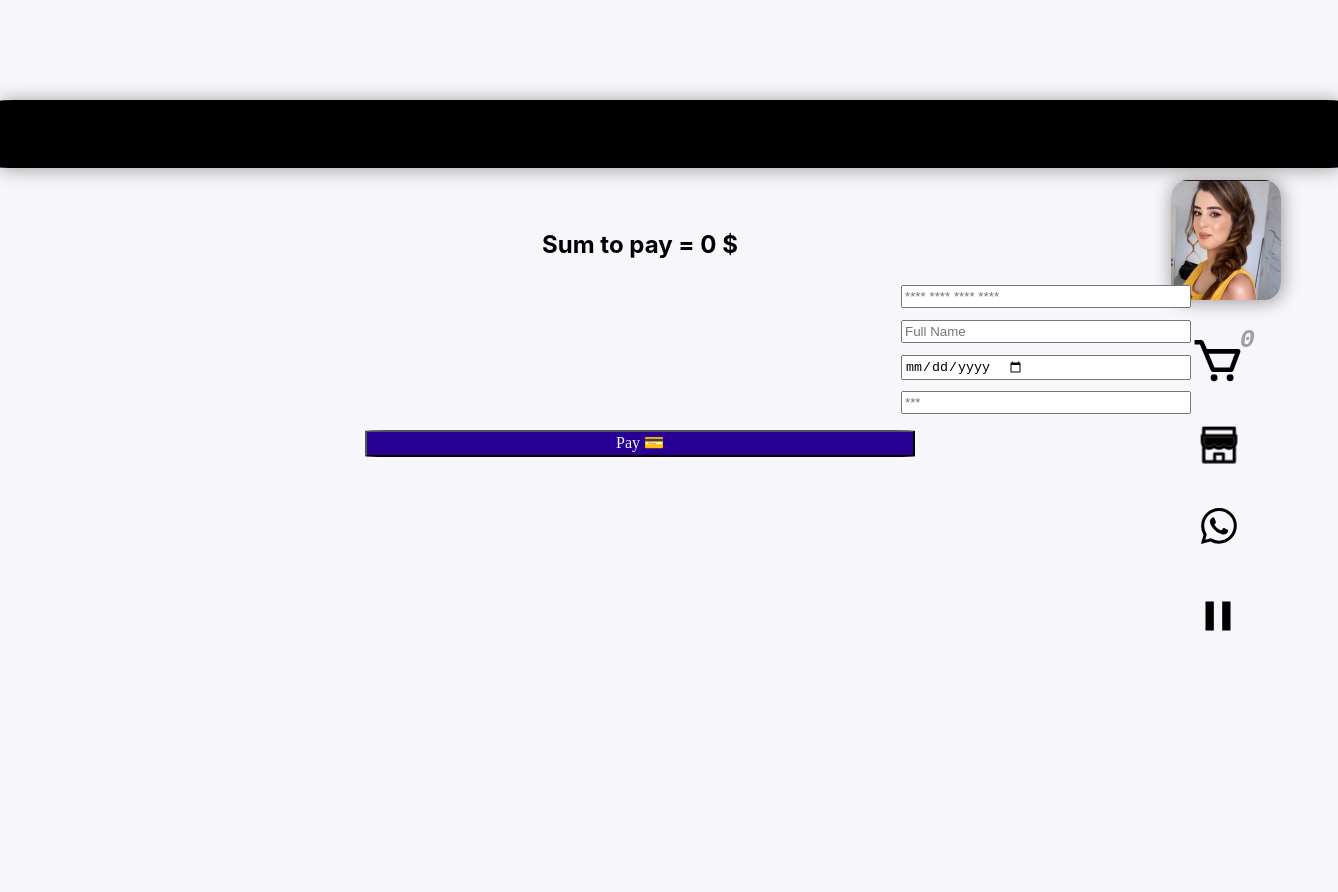
Repository: rehamAbass/BeautyCareShop
Page: /, after clicking the first element matching `svg.cartIcon`
These files come from the project's save history. The page is drawn as it stood at one moment and after the next save; the edit follows.
The browser window is 1280 px wide. The page is 1338 px wide, so the pictures cover 1338 px, including what lies to the right of the window. The pictures show the whole page.
The page's requests for data from a server got no answer. Some web fonts or font styles are not loaded; a fallback is used. The project was rebuilt for these pictures with package versions that can differ from the ones it lists, and the page was loaded fresh each time. No one was signed in, and anything a server would have sent is missing. Also part of the build but not shown: src/components/allProducts/card-list.css, src/components/allProducts/prod/card.css, src/components/allProducts/prod/card.component.jsx, src/components/search-box/search-box.css, src/components/myCart/cartProduct/cartProduct.css, src/components/myCart/cartProduct/cartProduct.jsx. Imported but missing from the stored project, and not drawn on this page: src/components/header/music/ed.mp3.

Above is the page before, as saved 2022-06-08 17:22:01.

After the next save:
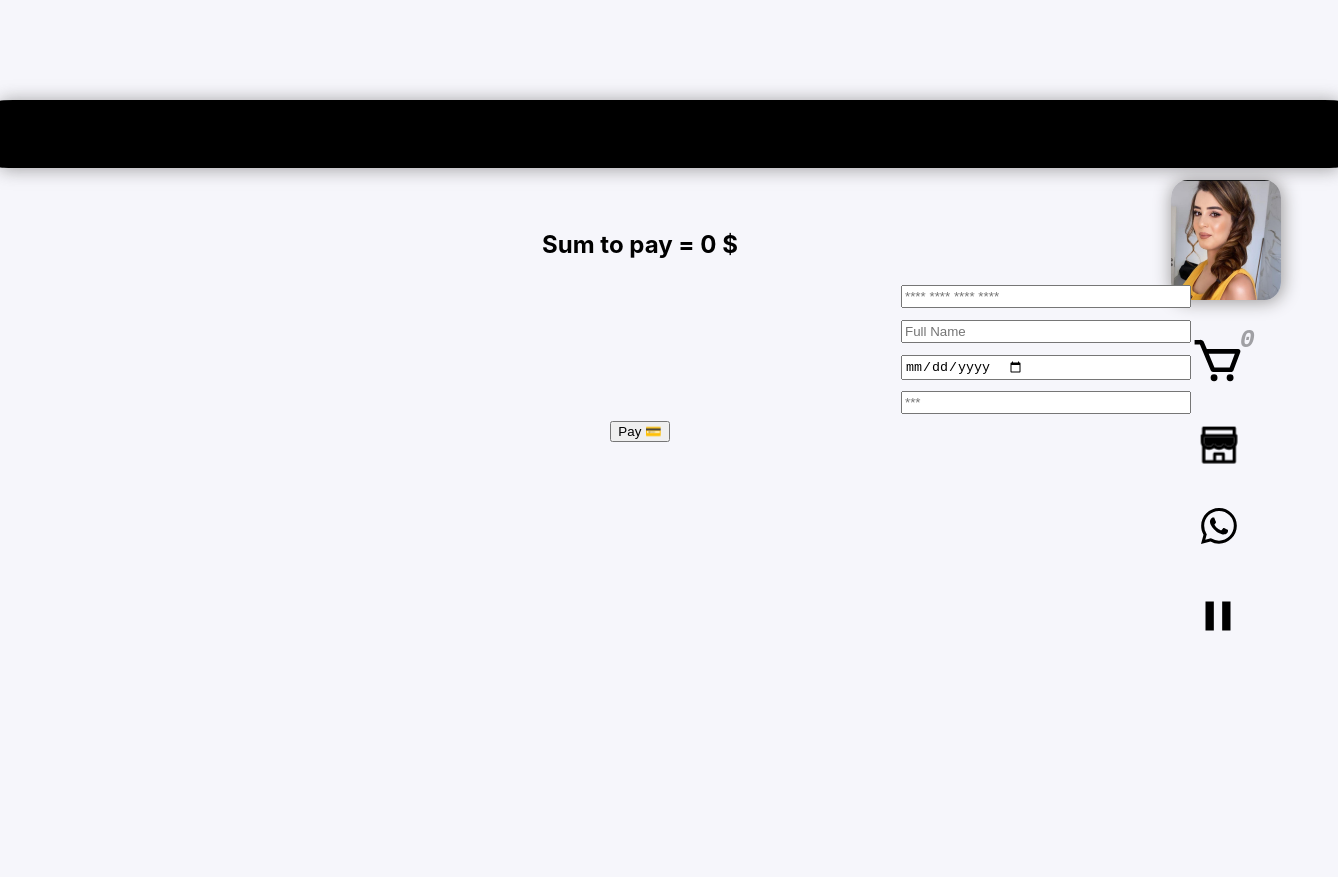
Saved 22 s later.
--- a/src/components/myCart/myCart.css
+++ b/src/components/myCart/myCart.css
@@ -39,21 +39,7 @@
     text-shadow: 1px 1px  1px rgb(0, 0, 0);
 
 }
-.payy{
-    cursor:pointer;
-    border: 5  rgb(0, 0, 0);
-    width :550px;
-    height:27px;
-    margin-top:10px;
-      color:aliceblue;
-      padding: 3px;
-      padding-top: 0px;
-    background-color:rgb(40, 0, 148);
-   font-family:serif;
-    font-size:medium;
-    font-weight:400;
-    border-radius:4%;
-}
+
 
 .paybtn:hover{
     color:rgb(3, 3, 216);

After the save that followed:
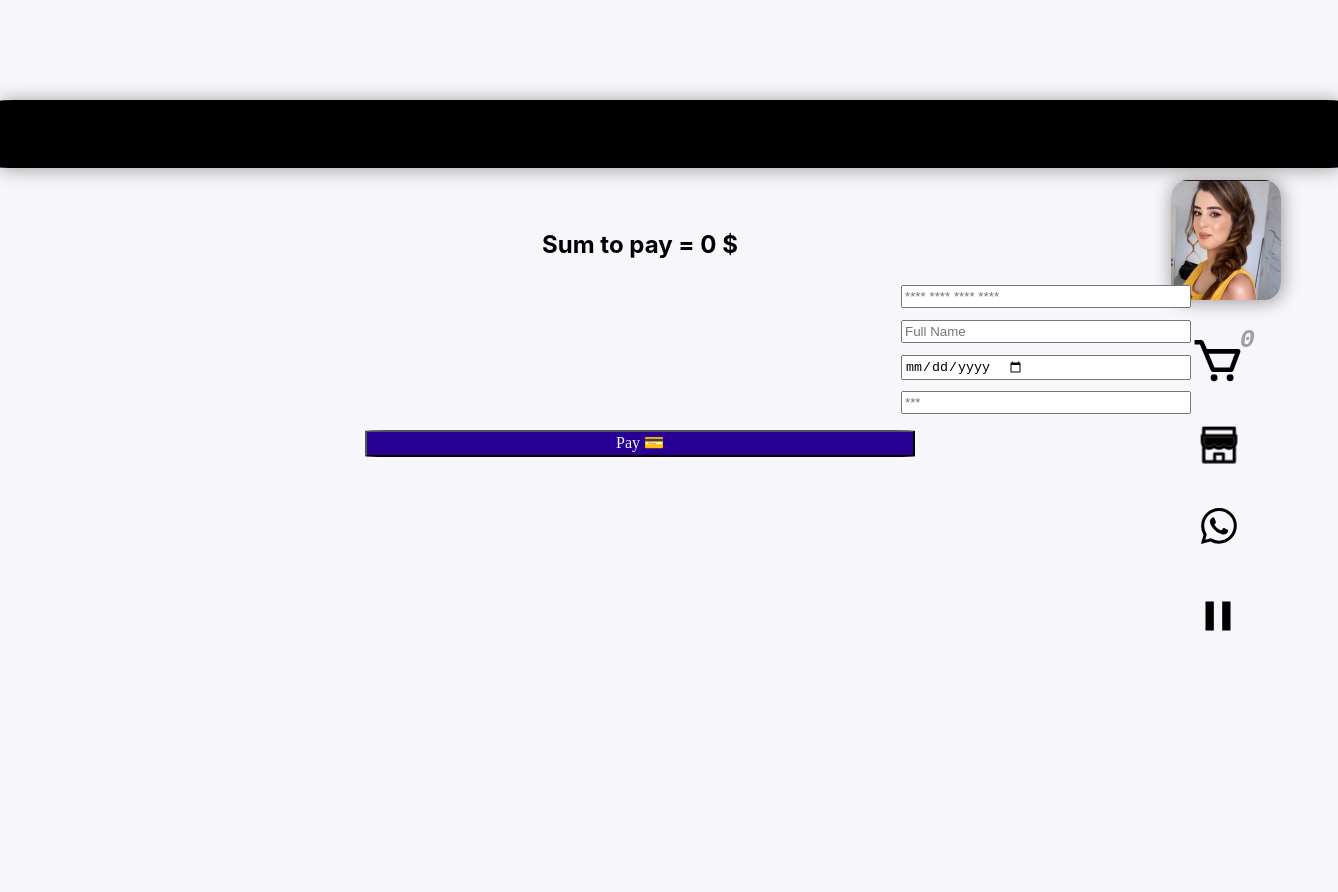
Saved 4 s later.
--- a/src/components/myCart/Payment/Pay.css
+++ b/src/components/myCart/Payment/Pay.css
@@ -16,3 +16,18 @@
     /* grid-template-columns: 1fr; */
     grid-template-rows: 1fr 1fr 1fr 1fr ;
 }
+.payy{
+    cursor:pointer;
+    border: 5  rgb(0, 0, 0);
+    width :550px;
+    height:27px;
+    margin-top:10px;
+      color:aliceblue;
+      padding: 3px;
+      padding-top: 0px;
+    background-color:rgb(40, 0, 148);
+   font-family:serif;
+    font-size:medium;
+    font-weight:400;
+    border-radius:4%;
+}
